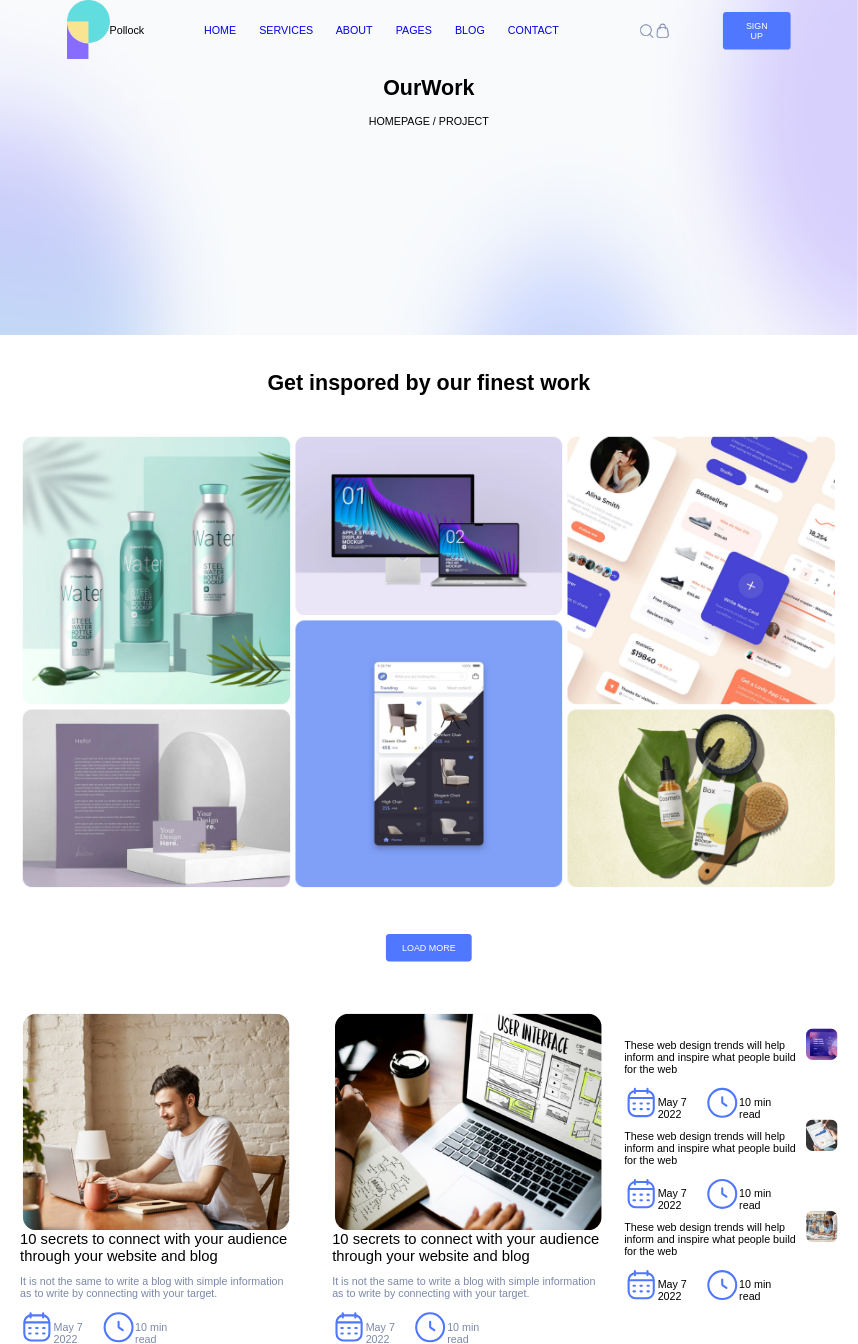
Repository: Nam936/exercises
Page: demo.html
The author's editor kept a copy of each file at every save. The page is drawn from the files as they stood at one save, then again after the next save.
The browser window is 1280 px wide. The pictures show the whole page, at 67% of full size.

Above is the page before, as saved 2023-01-06 16:47:46.

### demo.html
<!DOCTYPE html>
<html lang="en">

<head>
  <meta charset="UTF-8">
  <meta http-equiv="X-UA-Compatible" content="IE=edge">
  <meta name="viewport" content="width=device-width, initial-scale=1.0">
  <title>Pollock</title>
  <link rel="stylesheet" href="style2.css">
</head>

<body>
  <div id="wrap">
    <div class="bg-header">
      <div class="container">
        <div class="header">
          <div class="menu-header">
            <div class="logo-header">
              <div class="img-logo">
                <img src="/img/Frame_header.png" alt="logo">
              </div>
              <p class="txt_header">Pollock</p>
            </div>
            <div class="header-midd">
              <a href="#">HOME</a>
              <a href="#">SERVICES</a>
              <a href="#">ABOUT</a>
              <a href="#">PAGES</a>
              <a href="#">BLOG</a>
              <a href="#">CONTACT</a>
            </div>
            <div class="header-right">
              <div class="search">
                <img class="search" src="/img/Iconex/Search_header.png" alt="">
              </div>
              <div class="cart">
                <img class="cart" src="/img/Iconex/Bag_header.png" alt="">
              </div>
              <div class="btn-sig">
                <button>SIGN UP</button>
              </div>
            </div>
          </div>
        </div>
        <div class="txt-ct">
          <h1>OurWork</h1>
          <p>HOMEPAGE / PROJECT</p>
        </div>
      </div>
    </div>

    <div class="main">
      <div class="header-main">
        <h1>Get inspored by our finest work</h1>
      </div>
      <div class="row">
        <div class="column">
          <img src="/img/main_img/1.png" alt="">
          <img src="/img/main_img/2.png" alt="">
        </div>
        <div class="column">
          <img src="/img/main_img/3.png" alt="">
          <img src="/img/main_img/4.png" alt="">
        </div>
        <div class="column">
          <img src="/img/main_img/5.png" alt="">
          <img src="/img/main_img/6.png" alt="">
        </div>
      </div>
      <div class="btn-main">
        <a href="#"><button>LOAD MORE</button></a>
      </div>
    </div>

    <!-- <div class="client">
      <div class="tit-client">
        <h2>What our clients are saying about us</h2>
        <p>Customer satisfaction is a primary goal for our company</p>
      </div>
      <div class="slide-container">
        <div class="slide">
          <div class="card">
            <div class="content">
              <div class="avatar">
                <img src="/img/avatar/avatar-1.svg" alt="">
              </div>
              <div class="title-card">
                <span>Monica Smith</span>
                <p>Brand & Co</p>
              </div>
              <div class="desc-card">
                <span>Amazing!!</span>
                <p>Overall experience is awesome!! I'm a visual thinker, and I couldn't function without a tool like
                  this.</p>
              </div>
            </div>
          </div>
          <div class="card">
            <div class="content">
              <div class="avatar">
                <img src="/img/avatar/avatar-2.svg" alt="">
              </div>
              <div class="title-card">
                <span>Monica Smith</span>
                <p>Brand & Co</p>
              </div>
              <div class="desc-card">
                <span>Amazing!!</span>
                <p>Overall experience is awesome!! I'm a visual thinker, and I couldn't function without a tool like
                  this.</p>
              </div>
            </div>
          </div>
          <div class="card">
            <div class="content">
              <div class="avatar">
                <img src="/img/avatar/avatar-3.svg" alt="">
              </div>
              <div class="title-card">
                <span>Monica Smith</span>
                <p>Brand & Co</p>
              </div>
              <div class="desc-card">
                <span>Amazing!!</span>
                <p>Overall experience is awesome!! I'm a visual thinker, and I couldn't function without a tool like
                  this.</p>
              </div>
            </div>
          </div>
        </div>
      </div>
    </div>

    <div class="recent-project-wrap">
      <div class="recent-container">
        <div class="recent-project">
          <div class="recent-title">
            <p>Recent projects</p>
          </div>
          <div class="btn-slide">
            <img src="/img/Iconex/Left.svg" alt="">
            <img src="/img/Iconex/Right.svg" alt="">
          </div>
        </div>
        <div class="card-row">
          <div class="card-column"><img src="/img/Img1.png" alt=""></div>
          <div class="card-column"><img src="/img/Img2.png" alt=""></div>
          <div class="card-column"><img src="/img/Img3.png" alt=""></div>
        </div>
      </div>
    </div> -->

    <div class="blog">
      <!-- <div class="blog-content">
        <div class="tit">
          <p>We will keep you up to date and give you tips to help you optimise your company</p>
        </div>
      </div> -->
      <div class="big-new">
        <div class="big-new-cont">
          <div class="big-content-1">
            <div class="big-img">
              <img src="/img/Rectangle 66.png" alt="">
            </div>
            <div class="blog-desc">
              <div class="blog-tit">
                <span class="tit-blog-tit">10 secrets to connect with your audience through your website and blog</span>
                <p>It is not the same to write a blog with simple information as to write by connecting with your
                  target.
                </p>
              </div>
              <div class="blog-date">
                <img src="/img/Iconex/Calendar.svg" alt="">
                <p>May 7 2022</p>
              </div>
              <div class="time">
                <img src="/img/Iconex/Time Circle.svg" alt="">
                <p>10 min read</p>
              </div>
            </div>
          </div>
          <div class="big-content-2">
            <div class="big-img">
              <img src="/img/Rectangle 66_2.png" alt="">
            </div>
            <div class="blog-desc">
              <div class="blog-tit">
                <span class="tit-blog-tit">10 secrets to connect with your audience through your website and blog</span>
                <p>It is not the same to write a blog with simple information as to write by connecting with your
                  target.
                </p>
              </div>
              <div class="blog-date">
                <img src="/img/Iconex/Calendar.svg" alt="">
                <p>May 7 2022</p>
              </div>
              <div class="time">
                <img src="/img/Iconex/Time Circle.svg" alt="">
                <p>10 min read</p>
              </div>
            </div>
          </div>
        </div>
      </div>


      <div class="blog-thumbnail">
        <div class="thumbnail">
          <div class="thumb">
            <p>These web design trends will help inform and inspire what people build for the web</p>
            <div class="day">
              <div class="blog-date">
                <img src="/img/Iconex/Calendar.svg" alt="">
                <p>May 7 2022</p>
              </div>
              <div class="time">
                <img src="/img/Iconex/Time Circle.svg" alt="">
                <p>10 min read</p>
              </div>
            </div>
          </div>
          <div class="thumb-img">
            <img src="/img/thumb1.png" alt="">
          </div>
        </div>
        <div class="thumbnail">
          <div class="thumb">
            <p>These web design trends will help inform and inspire what people build for the web</p>
            <div class="day">
              <div class="blog-date">
                <img src="/img/Iconex/Calendar.svg" alt="">
                <p>May 7 2022</p>
              </div>
              <div class="time">
                <img src="/img/Iconex/Time Circle.svg" alt="">
                <p>10 min read</p>
              </div>
            </div>
          </div>
          <div class="thumb-img">
            <img src="/img/thumb2.png" alt="">
          </div>
        </div>
        <div class="thumbnail">
          <div class="thumb">
            <p>These web design trends will help inform and inspire what people build for the web</p>
            <div class="day">
              <div class="blog-date">
                <img src="/img/Iconex/Calendar.svg" alt="">
                <p>May 7 2022</p>
              </div>
              <div class="time">
                <img src="/img/Iconex/Time Circle.svg" alt="">
                <p>10 min read</p>
              </div>
            </div>
          </div>
          <div class="thumb-img">
            <img src="/img/thumb3.png" alt="">
          </div>
        </div>
      </div>
    </div>
  </div>
</body>

</html>

### style2.css
* {
  box-sizing: border-box;
}

body {
  margin: 0;
  font-family: 'Outfit', sans-serif;
}

.bg-header {
  width: 100%;
  height: 500px;
  background-image: url(/img/Hero_background.png);
  background-size: 100% 100%;
}

.container {
  max-width: 1170px;
  margin: 0px auto;
  padding: 0px 15px;
  width: 100%;
}

/* .menu-header{
  overflow: hidden;
  padding: 20px 10px; */
/* }
.logo-header{
  float: left;
}
.logo-header{
  display: flex;
}
.logo-header img{
  max-width: 100%;
  float: left;
}
.img-logo{
  width: 32px;
  height: 44px;
  max-width: 100%;
}
.header-right{
  padding: 20px 10px;
}
.header-right a{
  float: left;
  display: block;
  text-align: center;
  padding: 14px 16px;
  text-decoration: none;
  font-size: 17px;
  /* padding: 12px;
  text-decoration: none;
  line-height: 20px;
  color: #7B88A8; */
}


/* .icon-header img {
  width: 24px;
  height: 24px;
}

.cart,.search{
  margin: 22px 20px;
}

button {
  display: inline;
  background-color: #4F77FF;
  border: 0px;
  border-radius: 5px;
  padding: 13px 24px;
  color: #fff;
}  */

/* @media screen and (max-width: 600px) {
  .menu-header a:not(:first-child) {display: none;}
  /* .menu-header a{
    float: right;
    display: block;
  }
}
*/
/* @media screen and (max-width: 500px) {
  .header a {
    float: none;
    display: block;
    text-align: left;
} */

/* .header-right {
    float: none;
} */

.header {
  display: flex;
}

.menu-header {
  display: flex;
  justify-content: space-around;
  align-items: center;
}


.logo-header{
  display: flex;
  align-items: center;
}



.txt-header {
  padding-left: 10px;
}

/* .lst-header ul {
  display: flex;
  list-style-type: none;
}

.lst-header ul li {
  margin: 22px 20px;
}

.lst-header a {
  text-decoration: none;
  color: #7B88A8;
}  */

.header-midd{
  padding: 30px 30px;
}
.header-midd a{
  text-decoration: none;
  margin-right: 30px;
}

.header-right{
  display: flex;
  align-items: center;
  width: 227px;
  height: 48px;
}

.cart{
  flex: 1;
  /* margin: 0 30px 0px 10px; */
}
.cart,.search{
  width: 24px;
  height: 24px;
}
.btn-sig{
  flex: 1;
}
button {
  background-color: #4F77FF;
  border: 0px;
  border-radius: 5px;
  padding: 13px 24px;
  color: #fff;
}

.txt-ct {
  text-align: center;
}
@media screen and (max-width: 600px) {
  .header-right img{
    display: none;
  }
}
@media screen and (max-width: 600px) {
  .menu-header a:not(:first-child) {display: none;}
  .menu-header a{
    float: right;
    display: block;
  }
}







/* main */
.header-main{
  text-align: center;
  padding: 32px;
}

.row{
/* display: -ms-flexbox; IE10 */
/* -ms-flex-wrap: wrap; IE10 */
  display: flex;
  flex-wrap: wrap;
  padding: 0 30px;
  justify-content: center;
}

/* Create four equal columns that sits next to each other */
.column {
  /* -ms-flex: 25%; IE10 */
  flex: 25%;
  max-width: 50%;
  padding: 0 4px;
}

.column img {
  margin-top: 8px;
  vertical-align: middle;
  width: 100%;
}



.btn-main{
  text-align: center;
  padding: 70px;
}
.btn-main a{
  text-decoration: none;
}


@media screen and (max-width: 800px) {
  .column {
    /* -ms-flex: 50%; */
    flex: 50%;
    max-width: 50%;
  }
}

/* Responsive layout - makes the two columns stack on top of each other instead of next to each other */
@media screen and (max-width: 600px) {
  .column {
    /* -ms-flex: 100%; */
    flex: 100%;
    max-width: 100%;
  }
}

/* slide-card */
.client{
  background-color: #F8FAFC;
}
.tit-client{
  text-align: center;
  padding: 120px 0px 95px;
}
.tit-client p{
  color: #7B88A8;
}
.slide-container{

}
.slide{
  display: flex;
  justify-content: center;
  gap: 30px;
}
.card{
  width: 350px;
  height: 350px;
  border: 1px solid rgba(79, 119, 255, 0.2) ;
  border-radius: 20px;
  margin-bottom: 105px;
}
.content{
  text-align: center;
  padding: 35px 35.09px 45px 35px;
}
.avatar{

}
.title-card span{
  font-size:22px;
}
.title-card p{
  color: #7B88A8;
  font-size: 16px;
}
.desc-card span{
  font-size: 18px;
}
.desc-card p{
  display: -webkit-box;
  -webkit-box-orient: vertical;
  -webkit-line-clamp: 3;
  overflow: hidden;
  color: #7B88A8;
  font-size: 16px;
  line-height: 1.5;
}

/* recent */

.recent-project-wrap{

}
.recent-container{
  max-width: 1170px;
  margin: 0px auto;
  padding: 0px 15px;
  width: 100%;
}
.recent-project{
  display: flex;
  align-items: center;
}
.recent-title{

}
.btn-slide{

}
.card-row{
  display: flex;
  flex-wrap: wrap;
  padding: 0 30px;
  justify-content: center;
}
.card-column{
  flex: 25%;
  max-width: 50%;
  padding: 0 4px;
}
.card-column img{
  margin-top: 8px;
  /* vertical-align: middle; */
  width: 100%;
}


/* blog */

.blog{

  display: flex;
}
/* .blog-content{

}
.tit{

} */
.big-new{

}
.big-new-cont{
  display: flex;
  gap: 30px;
}
.big-content-1{
  padding: 0 30px;

}
.big-img{
  max-width: 100%;
  padding: 0 4px;
}
.big-img img{
  margin-top: 8px;
  vertical-align: middle;
  width: 100%;
  border-radius: 20px;
}
.blog-desc{
  display: flex;
  flex-wrap: wrap;
}
.blog-desc p{
  color: #7B88A8;
}
.blog-titp{

}
.tit-blog-tit{
  font-size: 22px;
}
.blog-date{
  display: flex;
  margin-right: 20px;
}
.time{
  display: flex;
}
.big-content-2{

}

.blog-thumbnail{
  display: flex;
  flex-direction: column;
  padding: 30px 30px;
}
.thumbnail{
  display: flex;
}
.thumb{
  display: -webkit-box;
    -webkit-box-orient: vertical;
    -webkit-line-clamp: 3;
    overflow: hidden;
}

.day{
  display: flex;
}
.thumb-img{
  width: 100px;
  height: 100px;
}
.thumb-img img{
  max-width: 100%;
  border-radius: 10px;
}
























/* html,
body {
  font-size: 16px;
  color: hsl(60, 58%, 0%);
}
body {
  padding: 20px;
  background-color: rgb(99, 232, 203);
}
h1 {
  font-size: 2rem;
  text-align: center;
}
.buttons {
  display: flex;
  flex-wrap: wrap;
  gap: 10px;
  margin: 40px 0;
}
button {
  padding: 10px;
  border-radius: 5px;
  border: 2px solid hsl(60, 58%, 17%);
  background-color: navajowhite;
}
.grid {
  display: grid;
  grid-template-columns: repeat(auto-fit, minmax(10rem, 1fr));
  grid-auto-rows: 10rem;
  grid-gap: 20px;
  margin: 40px 0;
}
.grid__item {
  background-color: hsl(40, 58%, 17%);
  border-radius: 5px;
}
.grid__item:nth-child(1),
.grid__item:nth-child(4) {
  background-color: hsl(10, 58%, 17%);
}
.grid__item:nth-child(2),
.grid__item:nth-child(6) {
  background-color: hsl(150, 58%, 17%);
}
.grid__item:nth-child(3),
.grid__item:nth-child(7) {
  background-color: hsl(200, 58%, 17%);
}
.grid__item:nth-child(4),
.grid__item:nth-child(8) {
  background-color: hsl(305, 58%, 17%);
} */
/* transition styles that would be animated */
/* .toggle-column {
  grid-template-columns: repeat(auto-fit, minmax(16rem, 1fr));
}
.toggle-row {
  grid-auto-rows: 16rem;
}
.toggle-gap {
  grid-gap: 40px;
} */

After the next save:
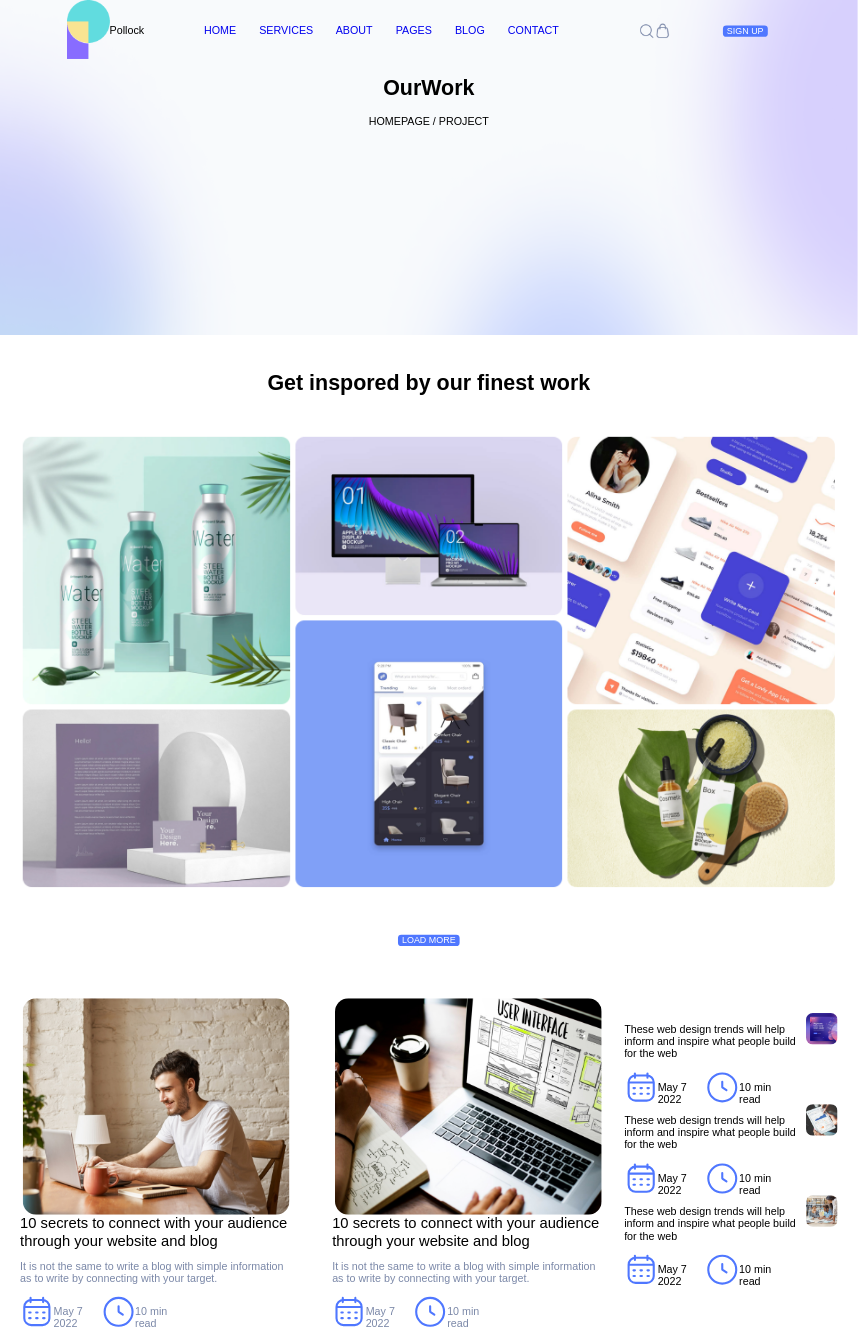
Saved 16 s later.
--- a/style2.css
+++ b/style2.css
@@ -160,7 +160,7 @@
   background-color: #4F77FF;
   border: 0px;
   border-radius: 5px;
-  padding: 13px 24px;
+  /* padding: 13px 24px; */
   color: #fff;
 }
 

After the save that followed:
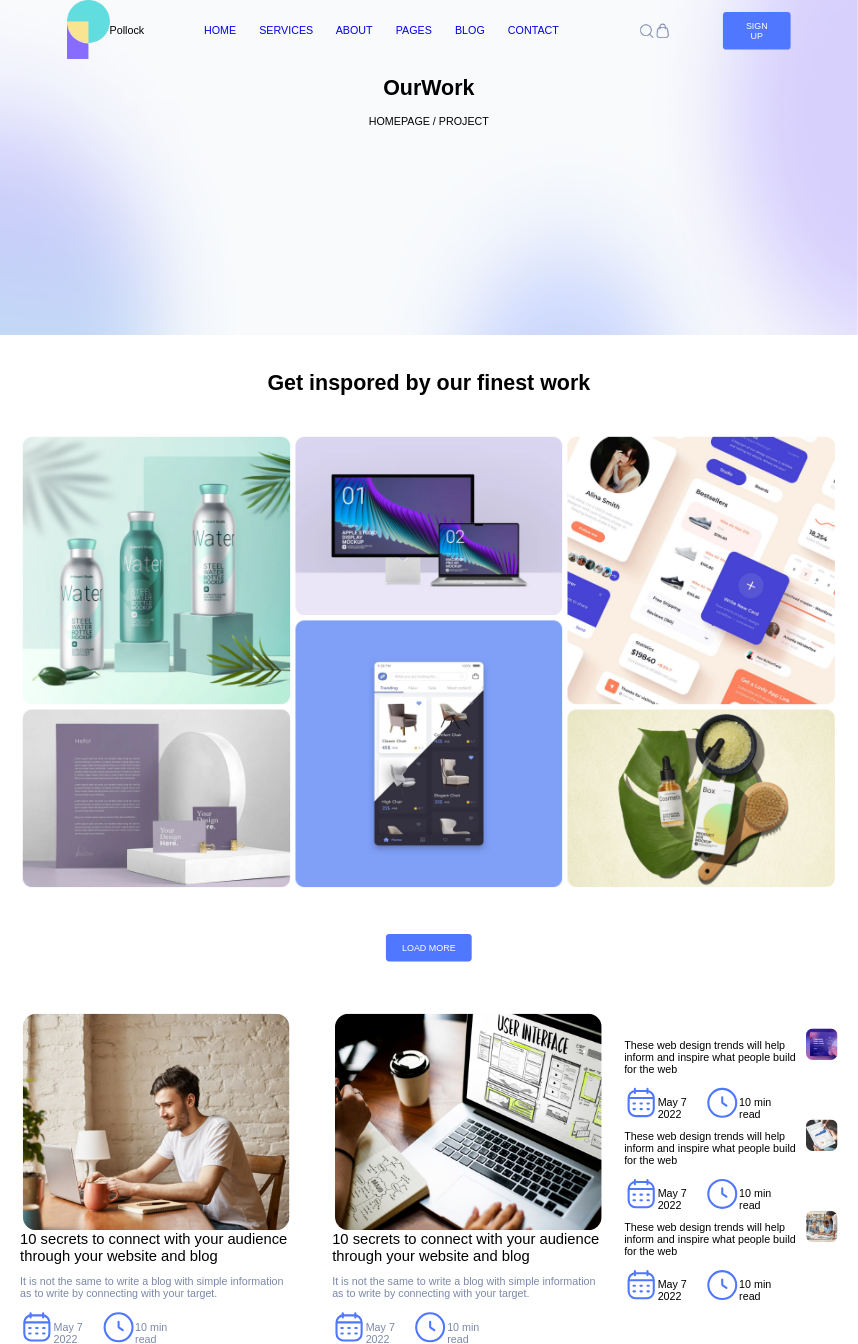
Saved 36 s later.
--- a/style2.css
+++ b/style2.css
@@ -160,7 +160,7 @@
   background-color: #4F77FF;
   border: 0px;
   border-radius: 5px;
-  /* padding: 13px 24px; */
+  padding: 13px 24px;
   color: #fff;
 }
 
